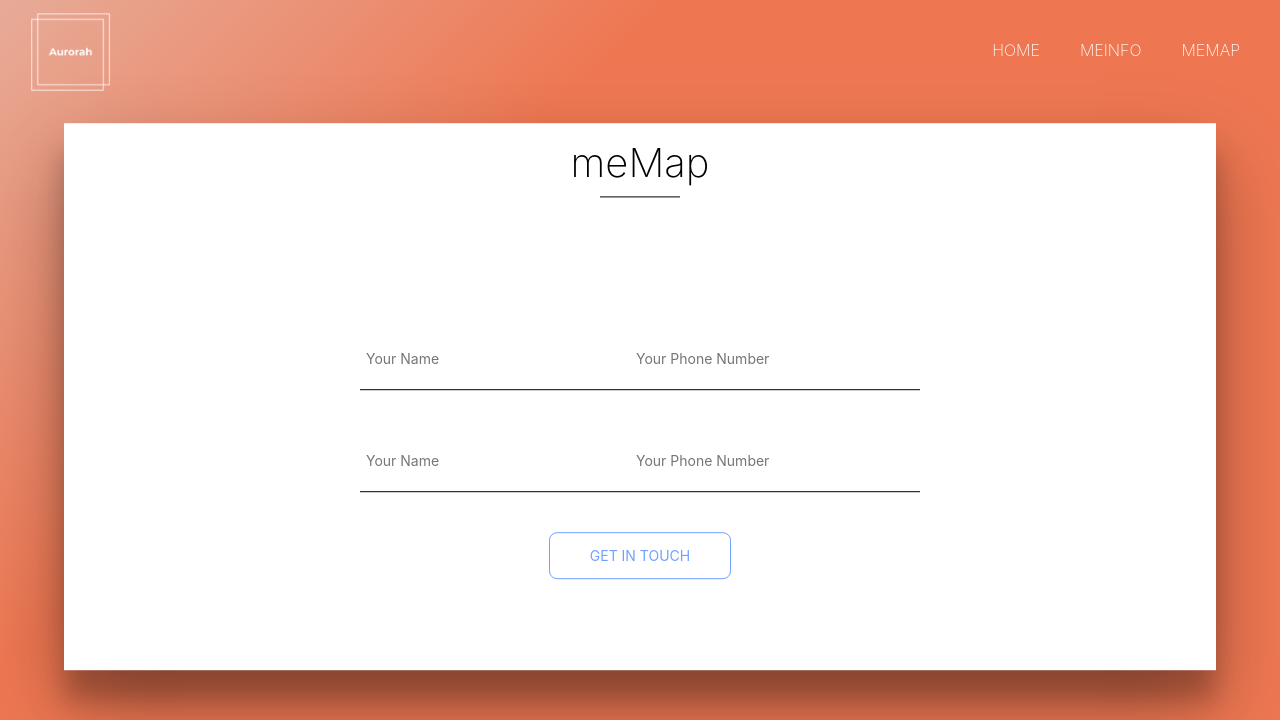
Repository: aasirvalji/saferMe
Page: /alt
An editor plug-in stored every save of this project. The page is shown before and after a run of saves, followed by the edit.
The browser window is 1280 px wide. The pictures show the whole page.
The project was rebuilt for these pictures with package versions that can differ from the ones it lists, and the page was loaded fresh each time. Also part of the build but not shown: src/components/Landing.js, src/styles/Services.css, src/components/Services.js, src/styles/MapDisplay.css, src/mapStyles.js, src/components/MapDisplay.js, src/styles/AboutDisplay.css, src/components/AboutDisplay.js and 1 more.

Above is the page before, as saved 2020-02-15 12:51:49.

After the next 2 saves:
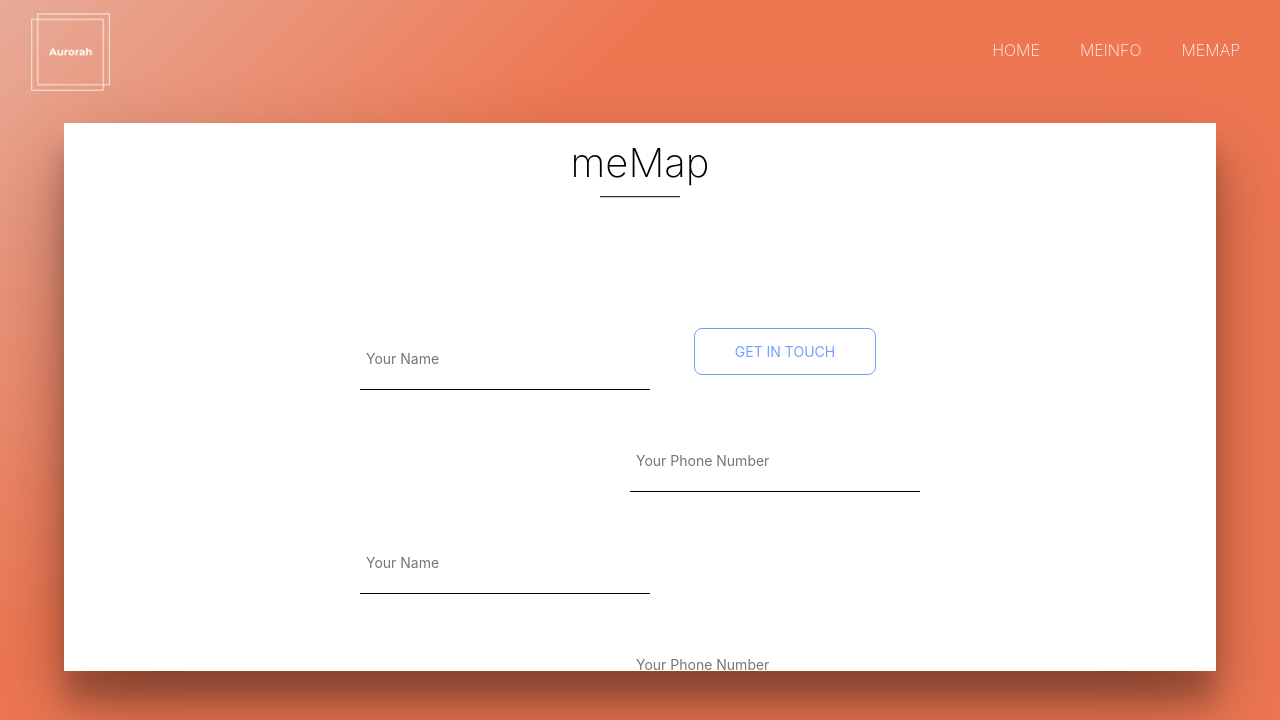
The 2 saves are shown as one change because they came seconds apart.
The last was saved 5 s later.
--- a/src/styles/AltDisplay.css
+++ b/src/styles/AltDisplay.css
@@ -156,7 +156,7 @@
 
   .name{
     float: left;
-    width: 270px;
+    width: 290px;
   }
 
   .email{

After the 3 saves that followed:
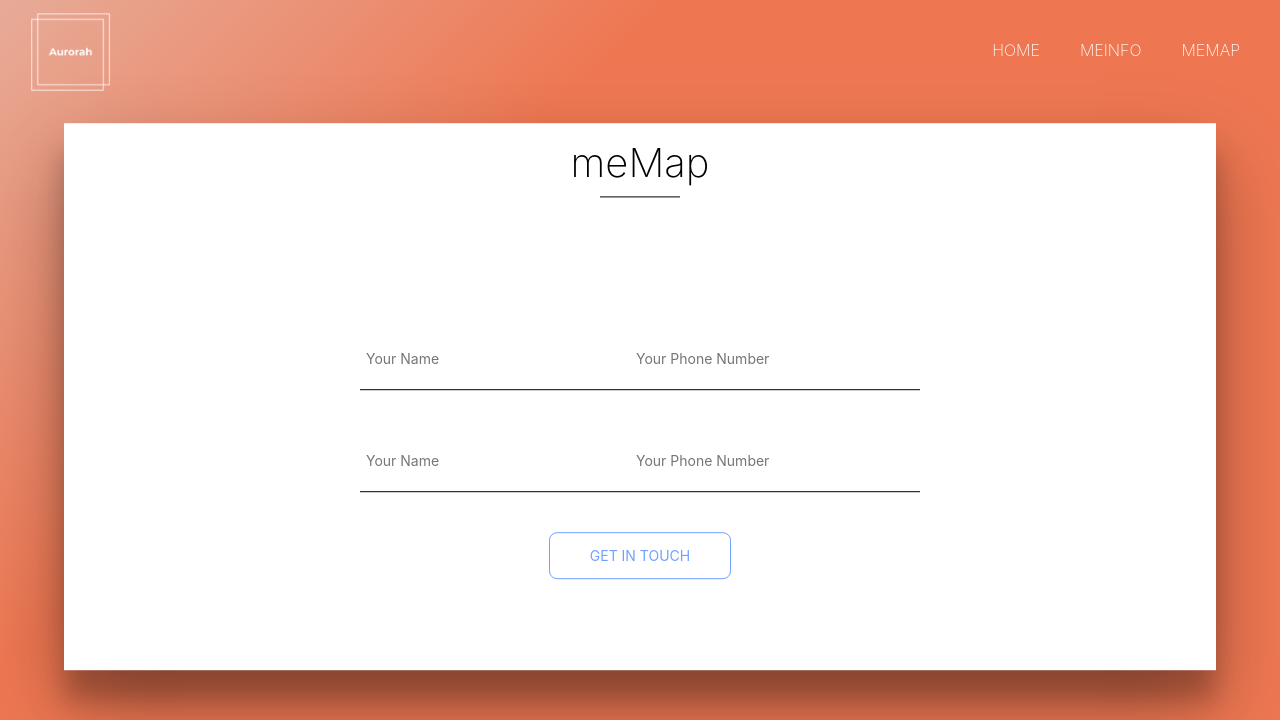
The 3 saves are shown as one change because they came seconds apart.
The last was saved 11 s later.
--- a/src/styles/AltDisplay.css
+++ b/src/styles/AltDisplay.css
@@ -156,7 +156,7 @@
 
   .name{
     float: left;
-    width: 290px;
+    width: 270px;
   }
 
   .email{
